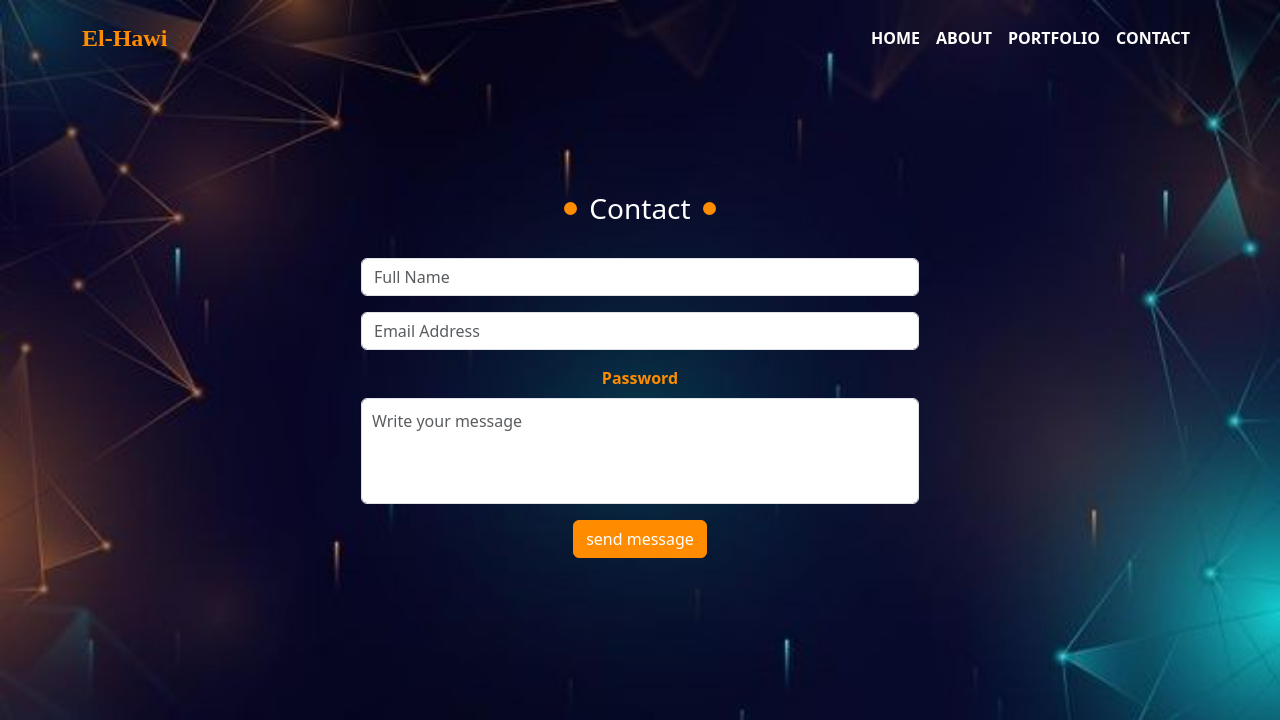
Repository: amralhawi123/Portfolio
Page: /contact
The author's editor kept a copy of each file at every save. The page is drawn from the files as they stood at one save, then again after the next save.
The browser window is 1280 px wide. The pictures show the whole page.
The project was rebuilt for these pictures with package versions that can differ from the ones it lists, and the page was loaded fresh each time. Also part of the build but not shown: src/components/landing/landing.css, src/components/landing/landing.js, src/components/about/about.css, src/components/about/About.js, src/components/Portfolio/portfolio.css, src/components/Portfolio/Portfolio.js. Imported but missing from the stored project, and not drawn on this page: src/image/Amr Mahmoud Alhawi.pdf.

Above is the page before, as saved 2023-08-28 17:36:08.

After the next save:
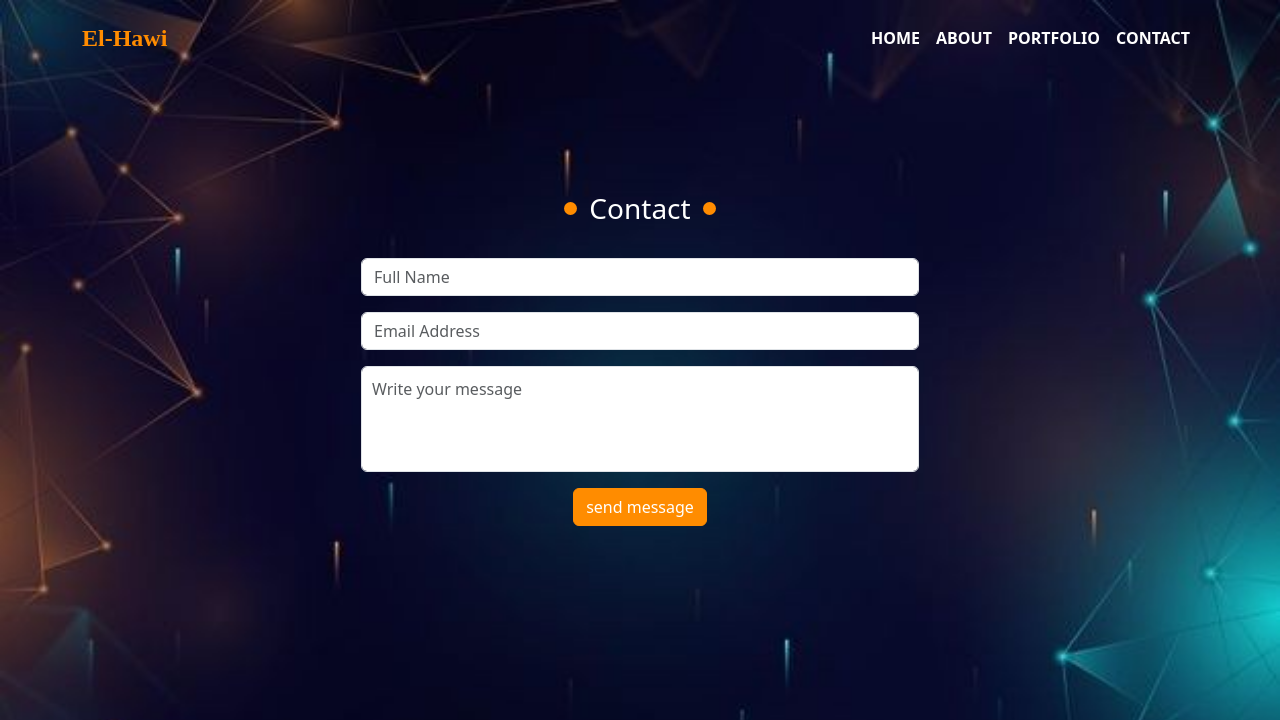
Saved 12 s later.
--- a/src/components/contact/contact.js
+++ b/src/components/contact/contact.js
@@ -14,7 +14,6 @@ const Contact = () => {
       </Form.Group>
 
       <Form.Group className="mb-3" controlId="formBasicPassword">
-        <Form.Label>Password</Form.Label>
         <Form.Control type="text" className='heghit' placeholder="Write your message" />
       </Form.Group>
       <Button variant="primary" className='button' type="submit">
